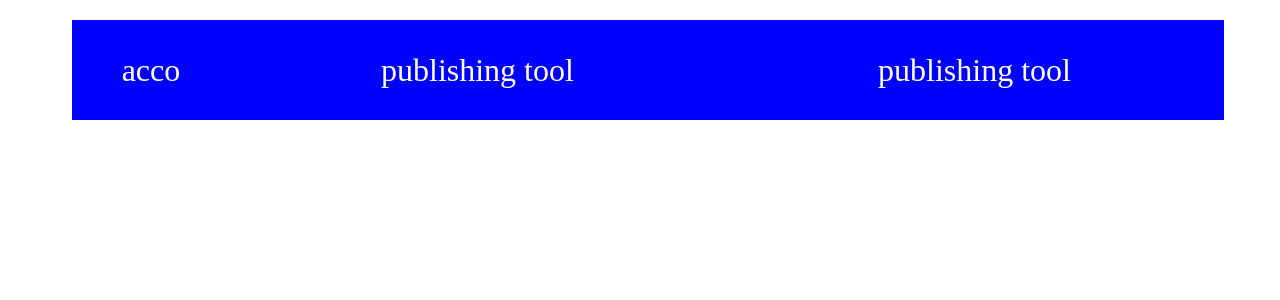
Repository: wimkinnet/Acco_Publish
Page: index.html
The author's editor kept a record of every edit. The page is drawn from the files as they stood at one moment, then again after the next edit.
The browser window is 1280 px wide. The pictures show the whole page.

Above is the page before.

### index.html
<!DOCTYPE html>
<html>
  <head>
    <title>Publish Tool - Main page</title>
    <meta charset = "utf-8">
    <style>
      .page-header {
        width: 90vw;
        margin: 20px 5vw 20px 5vw;
        background: blue;
        height: 100px;
      }
      .page-header table {
        width: 100%;
        height: 100%;
      }
      .page-header td {
        display: table-cell;
        height: 100%;
        color: white;
        font-size: 2rem;
        text-align: center;
        vertical-align: middle;
      }
      .page-header a {
        text-decoration: none;
        color: white;
      }
    </style>
  </head>
  <body>
    <div class="page-header">
      <table>
        <tr>
          <td width: 25%>
            <a href="http://www.acco.be" target="_blank" >acco</a>
          </td>
          <td width: 50%>
            publishing tool
          </td>
          <td width: 25%>
            publishing tool
          </td>
        </tr>
      </table>
    </div>
  </body>
</html>

After the next edit:
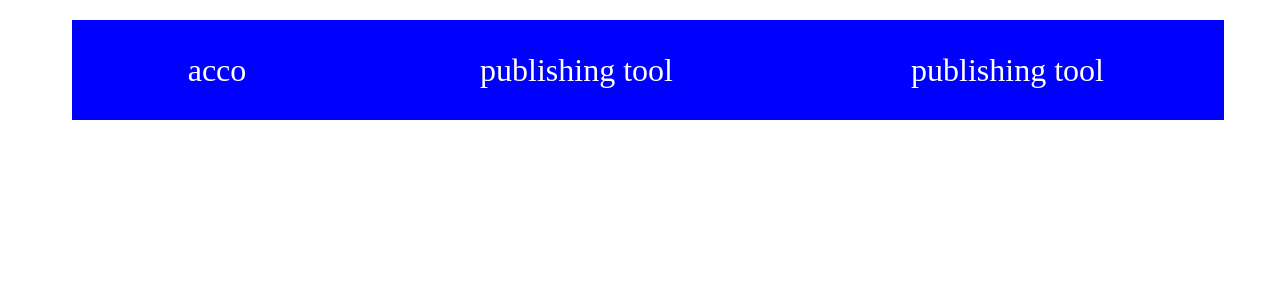
The edit:
--- a/index.html
+++ b/index.html
@@ -32,7 +32,7 @@
     <div class="page-header">
       <table>
         <tr>
-          <td width: 25%>
+          <td width="25%">
             <a href="http://www.acco.be" target="_blank" >acco</a>
           </td>
           <td width: 50%>
